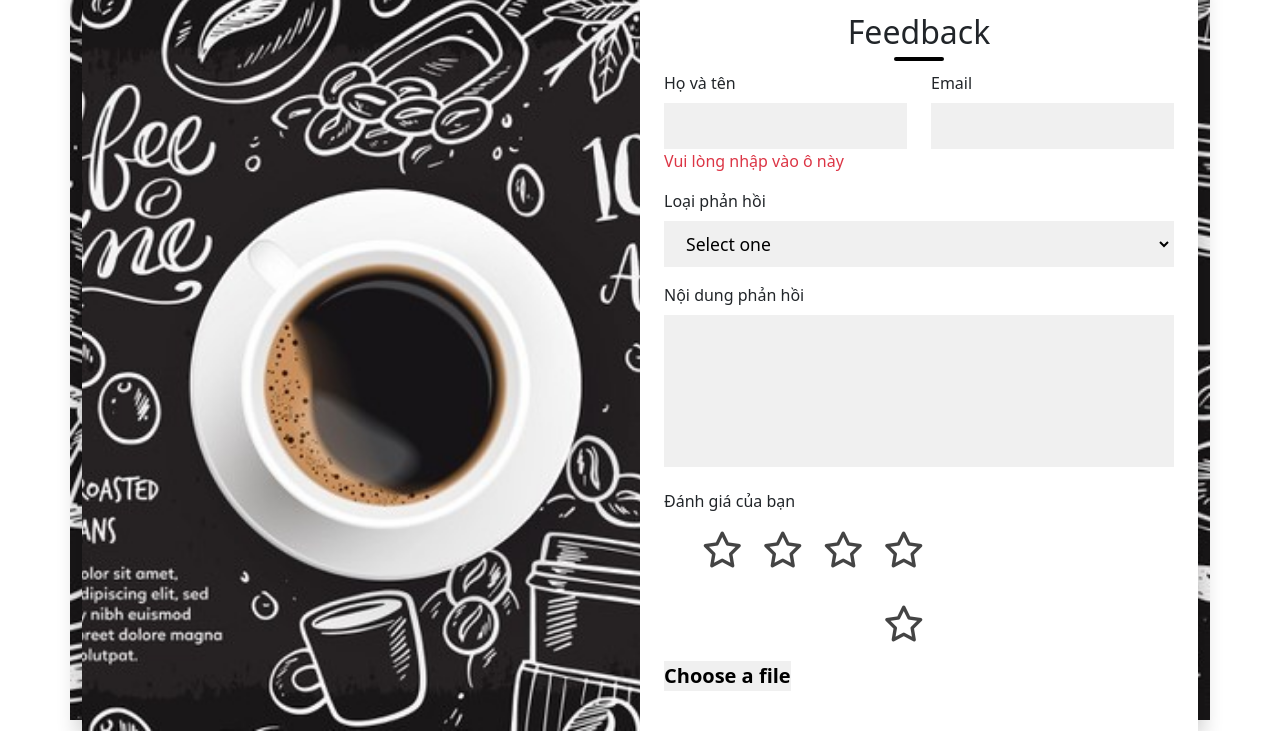
Repository: LeDongGyC/html-css
Page: HTML CSS/prototype/index.html
These files come from the project's save history. The page is drawn as it stood at one moment and after a run of saves; the edit follows.
The browser window is 1280 px wide. The pictures show the whole page.
Some web libraries are served in a nearby version. The style sheet was rebuilt from its Sass, Less or Tailwind sources for each picture, by a compiler version that may differ from the author's.

Above is the page before, as saved 2023-05-24 12:11:46.

After the next 3 saves:
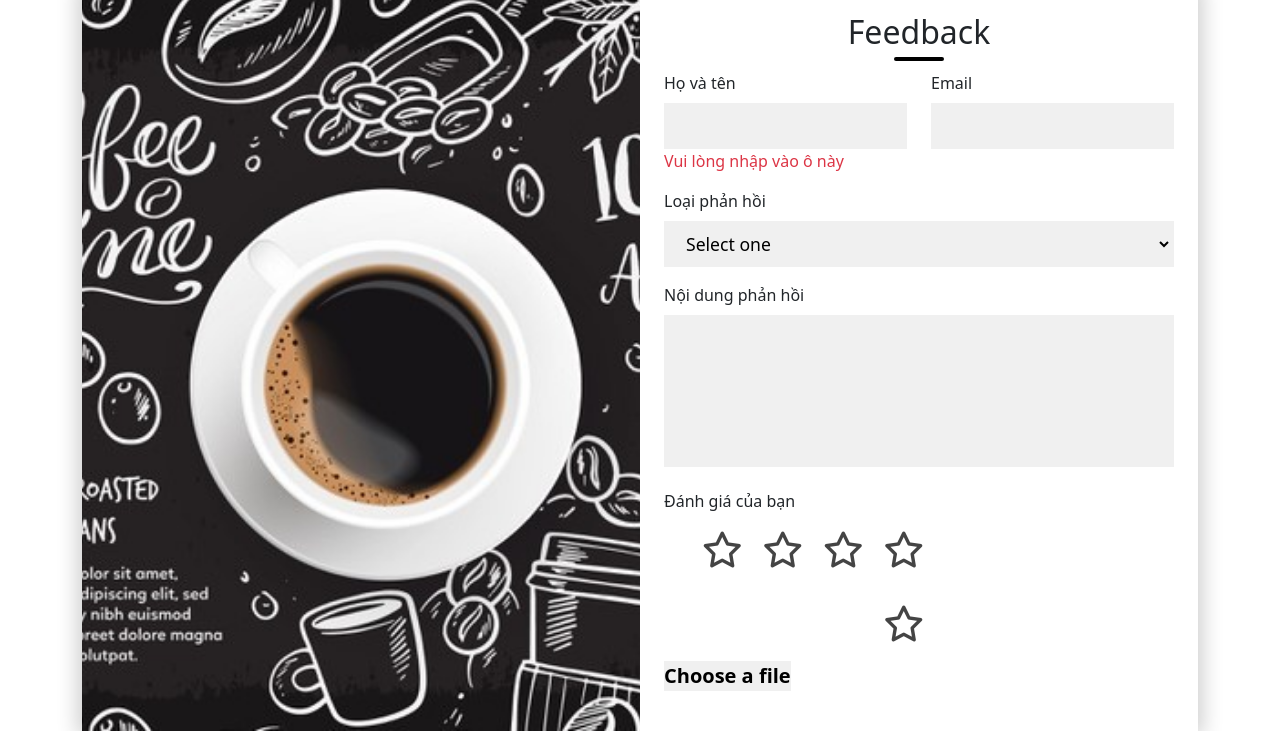
The 3 saves are shown as one change because they came seconds apart.
The last was saved 14 s later.
--- a/HTML CSS/prototype/style.scss
+++ b/HTML CSS/prototype/style.scss
@@ -19,18 +19,18 @@ body {
   justify-content: center;
   align-items: center;
   padding: 2rem 10rem;
-  &::after {
-    content: "";
-    position: absolute;
-    width: 100%;
-    height: 100%;
-    left: 0;
-    top: 0;
-    background: url("cafe.jpg") no-repeat center;
-    background-size: cover;
-    // filter: blur(50px);
-    z-index: -1;
-  }
+  // &::after {
+  //   content: "";
+  //   position: absolute;
+  //   width: 100%;
+  //   height: 100%;
+  //   left: 0;
+  //   top: 0;
+  //   background: url("cafe.jpg") no-repeat center;
+  //   background-size: cover;
+  //   filter: blur(50px);
+  //   z-index: -1;
+  // }
 }
 .feedback-box {
   max-width: 85rem;
